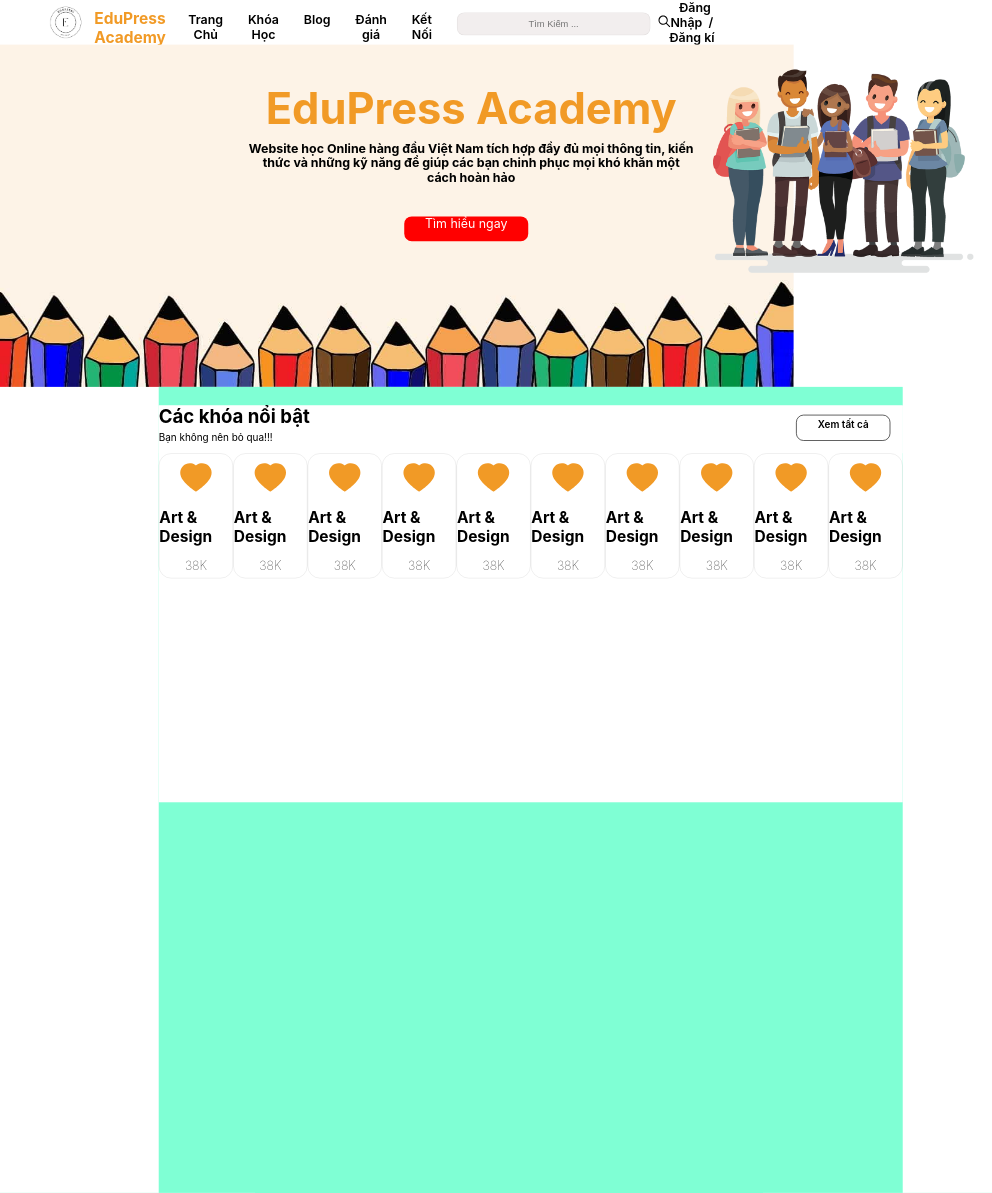
Repository: hieu1802/WebsiteEdupress
Page: / (app in my-app/)
An editor plug-in stored every save of this project. The page is shown before and after the next save, followed by the edit.
The browser window is 1280 px wide. The page is 1600 px wide, so the pictures cover 1600 px, including what lies to the right of the window. The pictures show the whole page, at 62% of full size.
The project was rebuilt for these pictures with package versions that can differ from the ones it lists, and the page was loaded fresh each time. Also part of the build but not shown: my-app/src/App.css.

Above is the page before, as saved 2024-07-24 00:44:47.

After the next save:
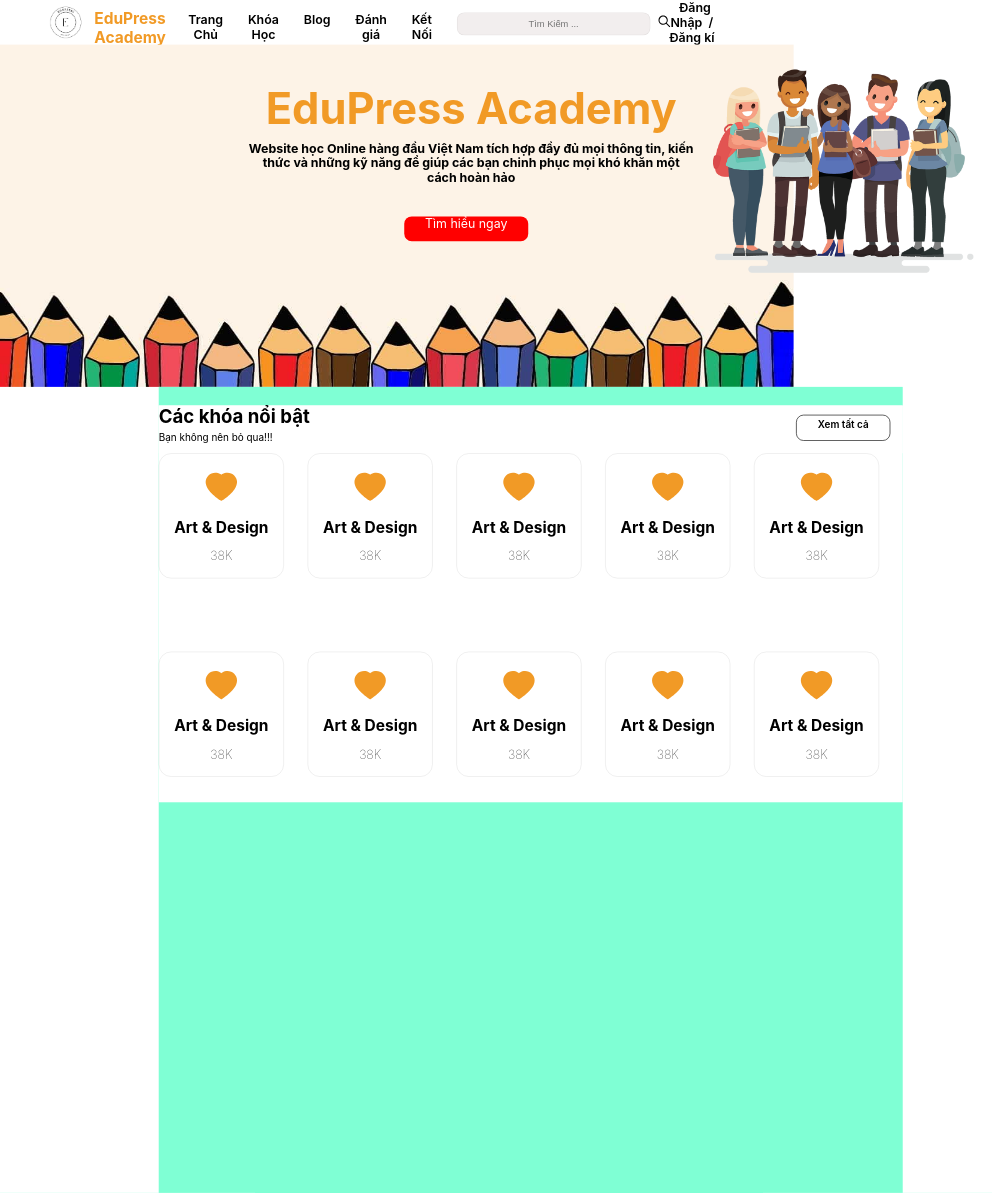
Saved 47 s later.
--- a/my-app/src/Components/HomePage/HomePage.css
+++ b/my-app/src/Components/HomePage/HomePage.css
@@ -212,7 +212,8 @@
 .boxCategories{
     width: 100%;
     height: 100%;
-    display: flex;
+    display: grid;
+    grid-template-columns: 1fr 1fr 1fr 1fr 1fr;
 }
 
 .miniBox{
